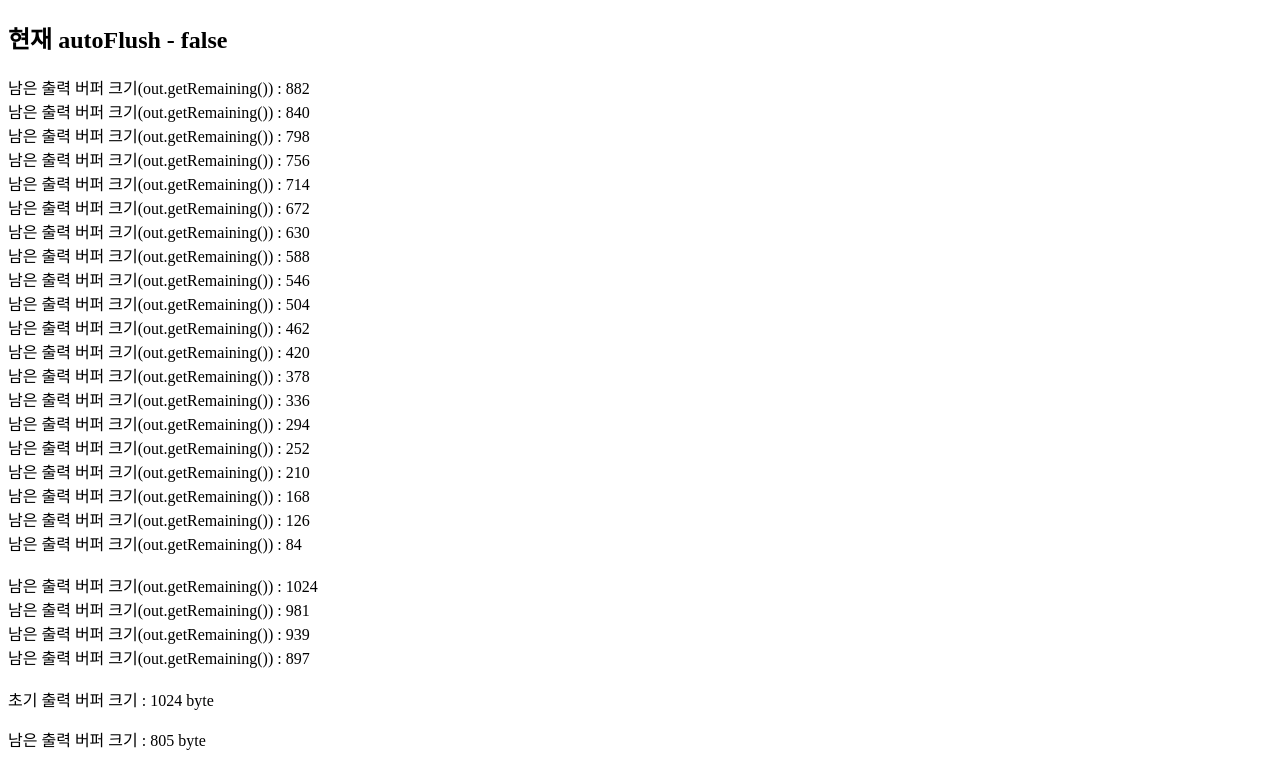
Repository: JuHyeon-S/21-1-Web-Back-end_Programming
Page: http://localhost/week07/autoflush.jsp
An editor plug-in stored every save of this project. The page is shown before and after the next save, followed by the edit.
The browser window is 1280 px wide. The pictures show the whole page.
The page is served by Tomcat 9.

Above is the page before, as saved 2021-04-18 22:41:27.

After the next save:
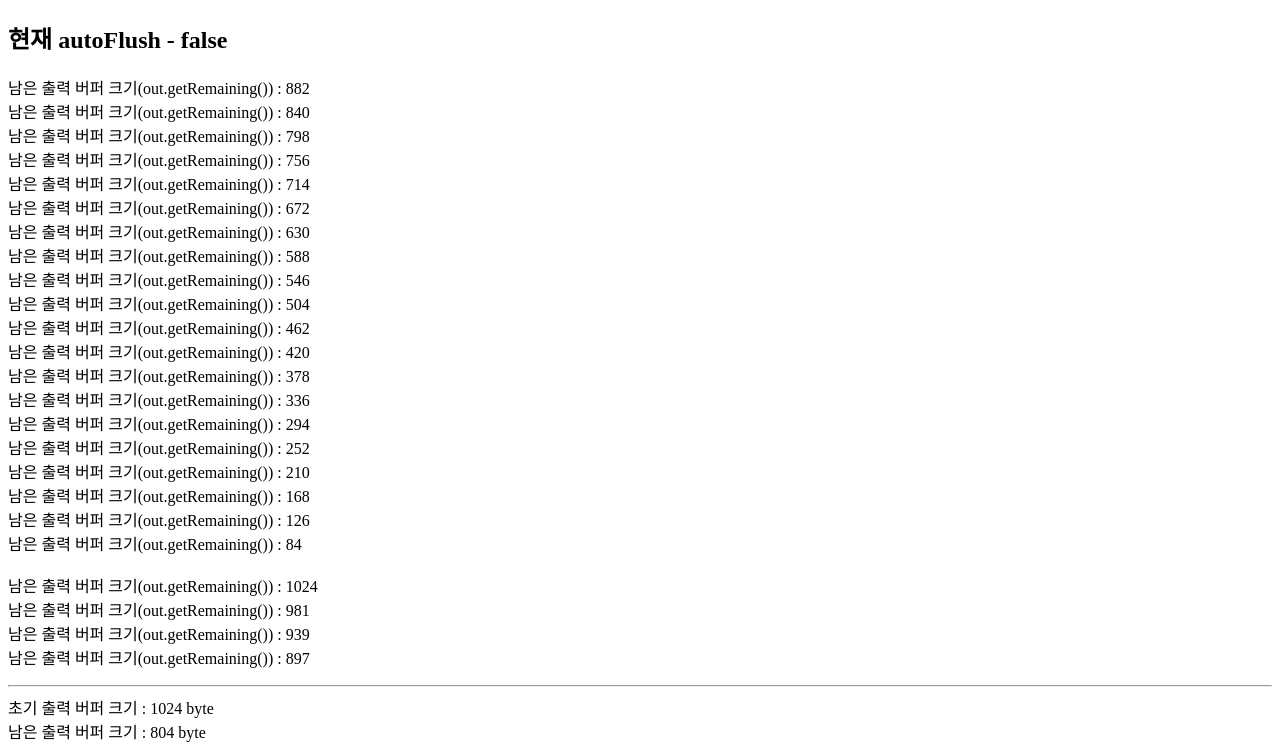
Saved 59 s later.
--- a/week07/week07/src/main/webapp/autoflush.jsp
+++ b/week07/week07/src/main/webapp/autoflush.jsp
@@ -19,8 +19,8 @@
 			}
 		}
 	%>
-	<br>
-	초기 출력 버퍼 크기 : <%= out.getBufferSize() %> byte<p>
-	남은 출력 버퍼 크기 : <%= out.getRemaining() %> byte<p>
+	<hr>
+	초기 출력 버퍼 크기 : <%= out.getBufferSize() %> byte<br>
+	남은 출력 버퍼 크기 : <%= out.getRemaining() %> byte
 </body>
 </html>
